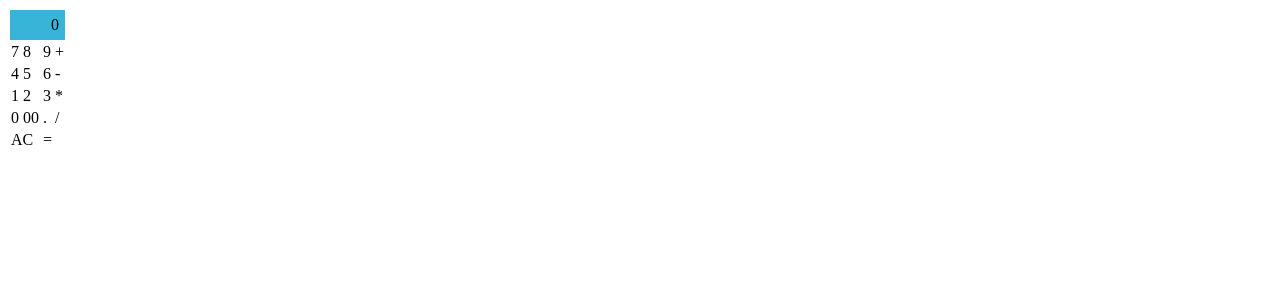
Repository: mai-akatsu/javascript2
Page: index.html
The author's editor kept a record of every edit. The page is drawn from the files as they stood at one moment, then again after the next edit.
The browser window is 1280 px wide. The pictures show the whole page.

Above is the page before.
Console error: TypeError: Cannot read properties of null (reading 'addEventListener')

### index.html
<!DOCTYPE html>
<html>
    <head>
        <meta charset="utf-8">
        <title>電卓</title>
        <link rel="stylesheet" href="main.css" type="text/css">
    </head>
    <body>
        <table>
            <tr>
                <td colspan="4" id="top_result">0</td>
            </tr>
            <tr>
                <td id ="number" class="number" onclick="caliculate(this); calic(this)">7</td>
                <td id ="number" class="number" onclick="caliculate(this); calic(this)">8</td>
                <td id ="number" class="number" onclick="caliculate(this); calic(this)">9</td>
                <td id ="number" class="number" onclick="caliculate(this); calic(this)">+</td>
            </tr>
            <tr>
                <td id ="number" class="number" onclick="caliculate(this)">4</td>
                <td id ="number" class="number" onclick="caliculate(this)">5</td>
                <td id ="number" class="number" onclick="caliculate(this)">6</td>
                <td id ="number" class="number" onclick="caliculate(this); calic(this)">-</td>
            </tr>
            <tr>
                <td id ="number" class="number" onclick="caliculate(this)">1</td>
                <td id ="number" class="number" onclick="caliculate(this)">2</td>
                <td id ="number" class="number" onclick="caliculate(this)">3</td>
                <td id ="number" class="number" onclick="caliculate(this); calic(this)">*</td>
            </tr>
            <tr>
                <td id ="number" class="number" onclick="caliculate(this); calic(this)">0</td>
                <td id ="number" class="number" onclick="caliculate(this); calic(this)">00</td>
                <td class="number" onclick="caliculate(this); calic(this)">.</td>
                <td class="number" onclick="caliculate(this); calic(this)">/</td>
            </tr>
            <tr>
                <td colspan="2" class="number" onclick="caliculate(this)">AC</td>
                <td colspan="2" class="number" onclick="caliculate(this); calic(this)">=</td>
            </tr>
        </table>
        <script type="text/javascript" src="main.js"></script>
    </body>
</html>

### main.css
#top_result {
    width: 100%;
    background-color: #39b4d9;
    padding: 6px 6px;
    border-radius: 0px;
    text-align: right;
}
.target{
    border: solid 0.5px black;
    border-radius: 30px;
    text-align: center;
    padding: 5px 31px;
}
#target{
    border: solid 0.5px black;
    border-radius: 30px;
    text-align: center;
    padding: 5px 31px;
}

### main.js

    let result = document.getElementById("top_result");

function caliculate(target){
    let target_number = target.innerHTML;

    if(target_number == "AC"){
        result.innerHTML = "0";
    } else if (target_number == "="){
        result.innerHTML = eval(result.innerHTML);
    } else {
          if(result.innerHTML == "0"){
            result.innerHTML = target_number;
        } else {
            result.innerHTML += target_number;
        }
    }
}

let operator = document.getElementById("operator");

operator.addEventListener('click', function(ope) {
    let ope_target = ope.innerHTML;

    if(result.innerHTML.slice(-1) == "+"){
        let answer = result.innerHTML.slice(0,-1);
        result.innerHTML = answer;
    }else{
        result.innerHTML += result.innerHTML;
    }

}, false);

After the next edit:
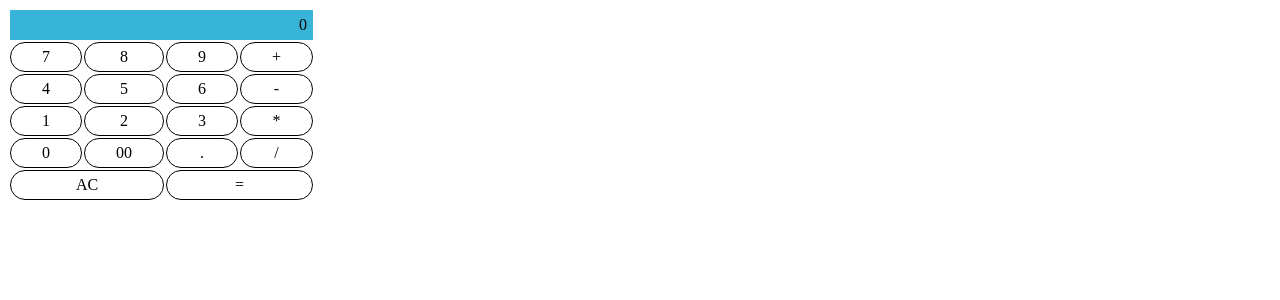
The edit:
--- a/main.css
+++ b/main.css
@@ -5,7 +5,7 @@
     border-radius: 0px;
     text-align: right;
 }
-.target{
+.number{
     border: solid 0.5px black;
     border-radius: 30px;
     text-align: center;
